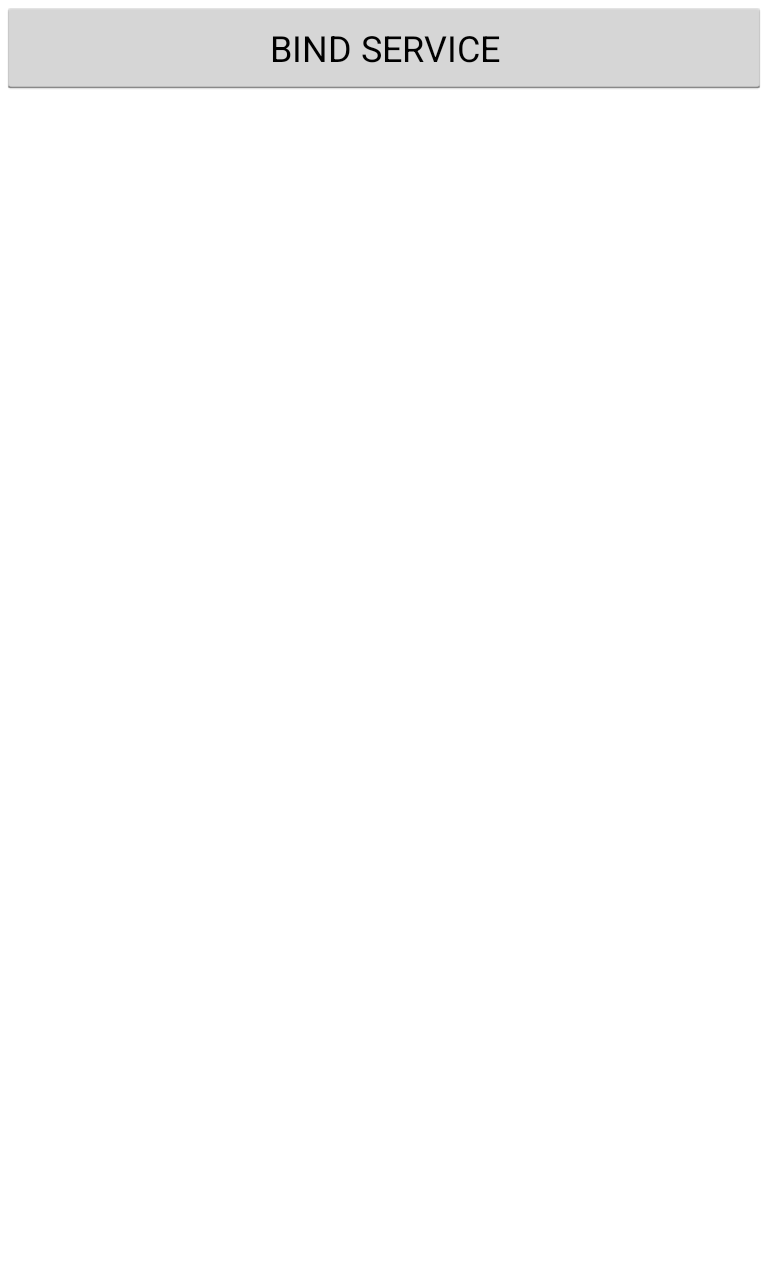
Repository: Hsingmin/android_work
Layout: serviceDemo/res/layout/local_service_binding.xml
The author's editor kept a copy of each file at every save. The layout is drawn from the files as they stood at one save, then again after the next save.
It is drawn on a 768 x 1280 px phone screen (xhdpi) without system bars, with theme AppTheme; the app's code is not run.

Above is the layout before, as saved 2017-08-06 09:37:20.

After the next save:
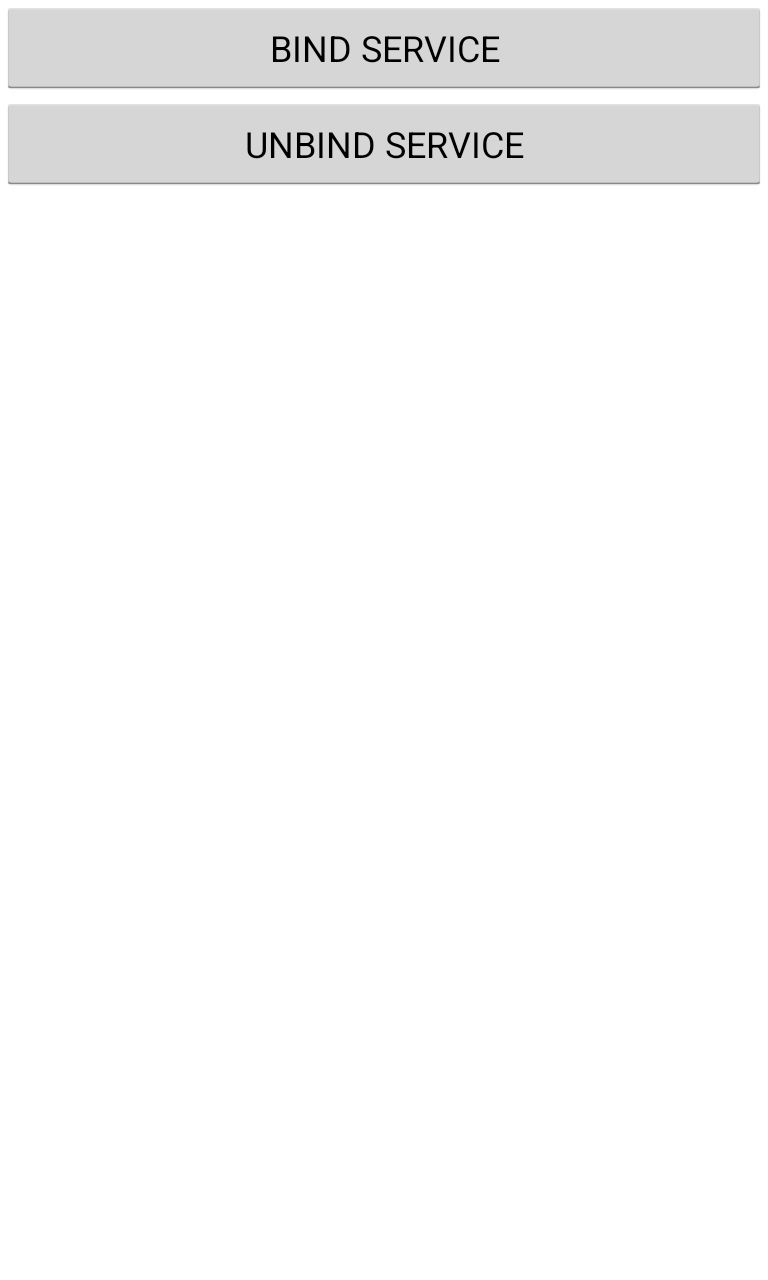
Saved 72 s later.
--- a/serviceDemo/res/layout/local_service_binding.xml
+++ b/serviceDemo/res/layout/local_service_binding.xml
@@ -8,8 +8,12 @@
 	    android:id="@+id/bind_service"
 	    android:layout_width="match_parent"
 	    android:layout_height="wrap_content"
-	    android:text="@string/bind_service"/>
+	    android:text="@string/bind_service" />
 
-
+	<Button
+	    android:id="@+id/unbind_service"
+	    android:layout_width="match_parent"
+	    android:layout_height="wrap_content"
+	    android:text="@string/unbind_service" />
 
 </LinearLayout>
